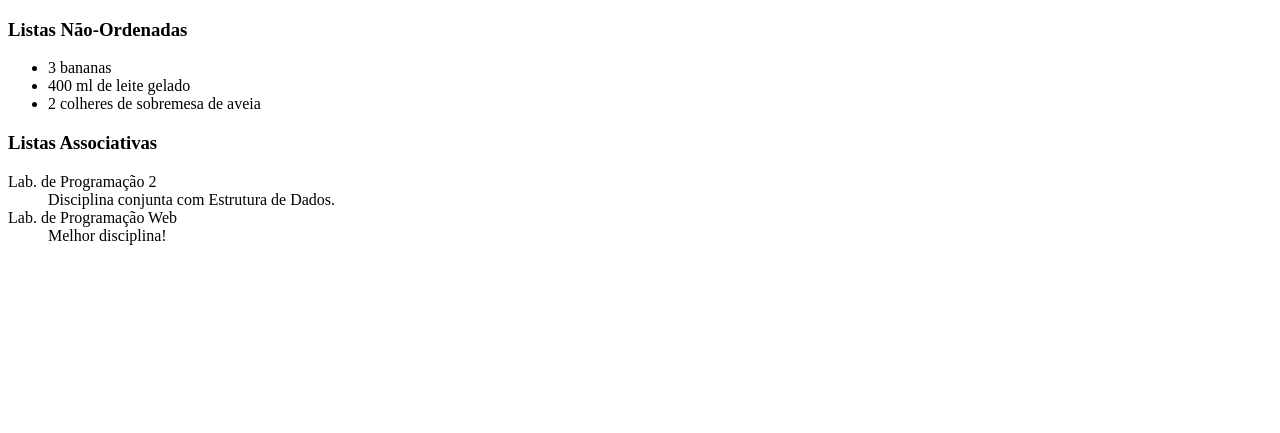
Repository: BellaXavier/DCC121_22
Page: index.html
The author's editor kept a copy of each file at every save. The page is drawn from the files as they stood at one save, then again after the next save.
The browser window is 1280 px wide. The pictures show the whole page.

Above is the page before, as saved 2022-05-15 21:21:41.

### index.html
<!DOCTYPE html>
<html lang="pt-br">
<head>
    <meta charset="UTF-8">
    <title>Aula 04</title>
</head>
<body>
    <h3>Listas Não-Ordenadas</h3>
    <ul>
        <li>3 bananas</li>
        <li>400 ml de leite gelado</li>
        <li>2 colheres de sobremesa de aveia</li>
    </ul>

    <h3>Listas Associativas</h3>
    <dl>
        <dt>Lab. de Programação 2</dt>
            <dd>Disciplina conjunta com Estrutura de Dados.</dd>
        <dt>Lab. de Programação Web</dt>
            <dd>Melhor disciplina!</dd>
    </dl>

</body>
</html>

After the next save:
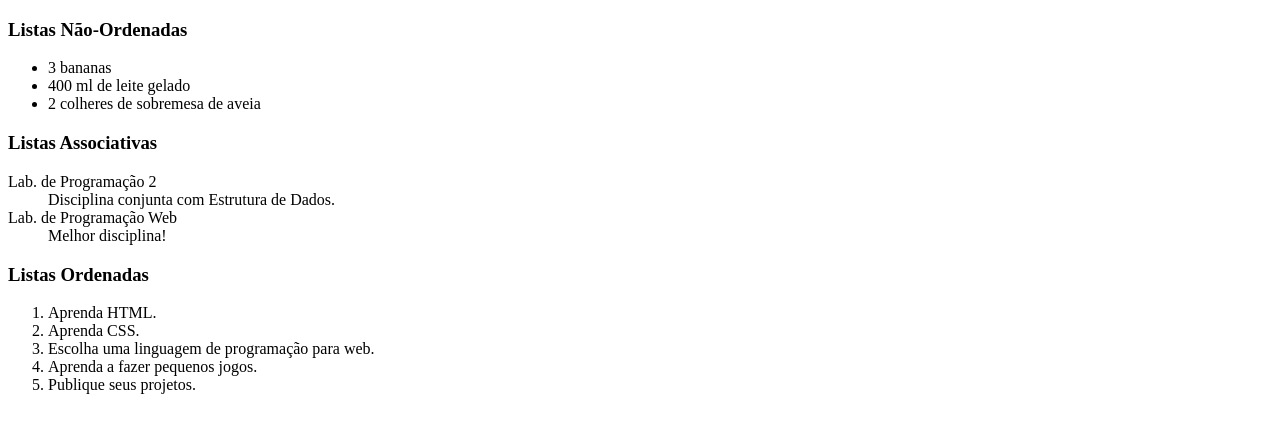
Saved 6 min 37 s later.
--- a/index.html
+++ b/index.html
@@ -20,5 +20,13 @@
             <dd>Melhor disciplina!</dd>
     </dl>
 
+    <h3>Listas Ordenadas</h3>
+    <ol type="1">
+        <li>Aprenda HTML.</li>
+        <li>Aprenda CSS.</li>
+        <li>Escolha uma linguagem de programação para web.</li>
+        <li>Aprenda a fazer pequenos jogos.</li>
+        <li>Publique seus projetos.</li>
+    </ol>
 </body>
 </html>
